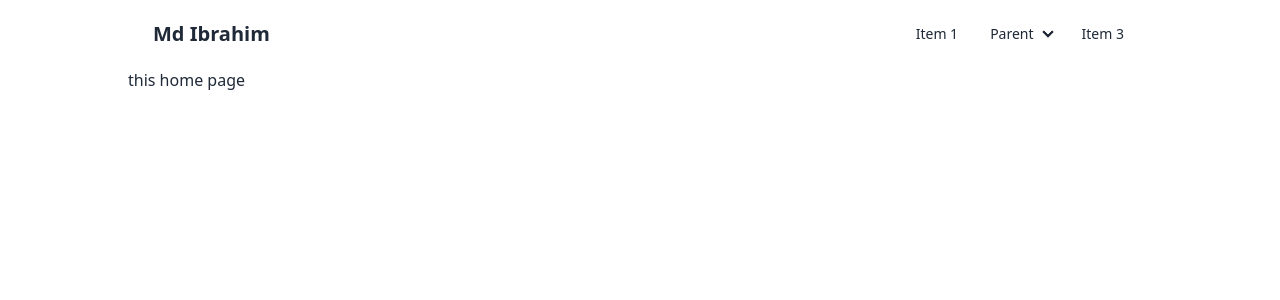
Repository: mdrubel02/portfilo
Page: /
These files come from the project's save history. The page is drawn as it stood at one moment and after the next save; the edit follows.
The browser window is 1280 px wide. The pictures show the whole page.
The project was rebuilt for these pictures with package versions that can differ from the ones it lists, and the page was loaded fresh each time. Also part of the build but not shown: vite.config.js.

Above is the page before, as saved 2023-06-22 19:37:18.

After the next save:
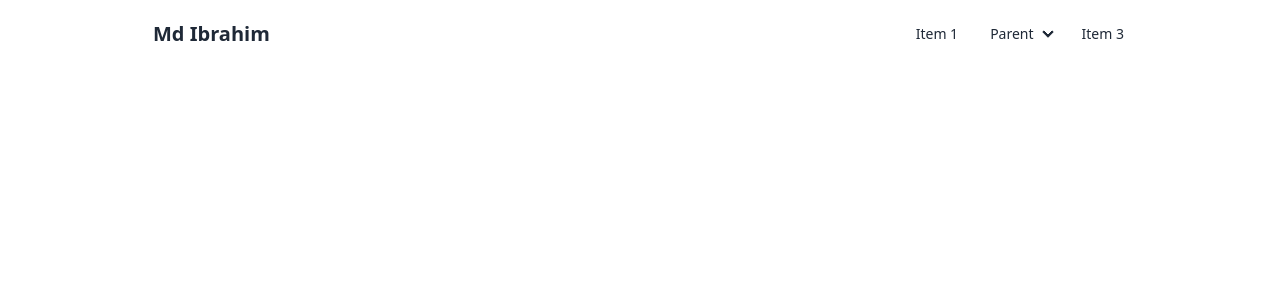
Saved 8 min 13 s later.
--- a/src/Pages/Home/Home.jsx
+++ b/src/Pages/Home/Home.jsx
@@ -3,7 +3,11 @@ import React from 'react';
 const Home = () => {
     return (
         <div>
-            <h1>this home page</h1>
+            <div className='h-3/6 bg-red-600'>
+                <div>
+
+                </div>
+            </div>
         </div>
     );
 };
